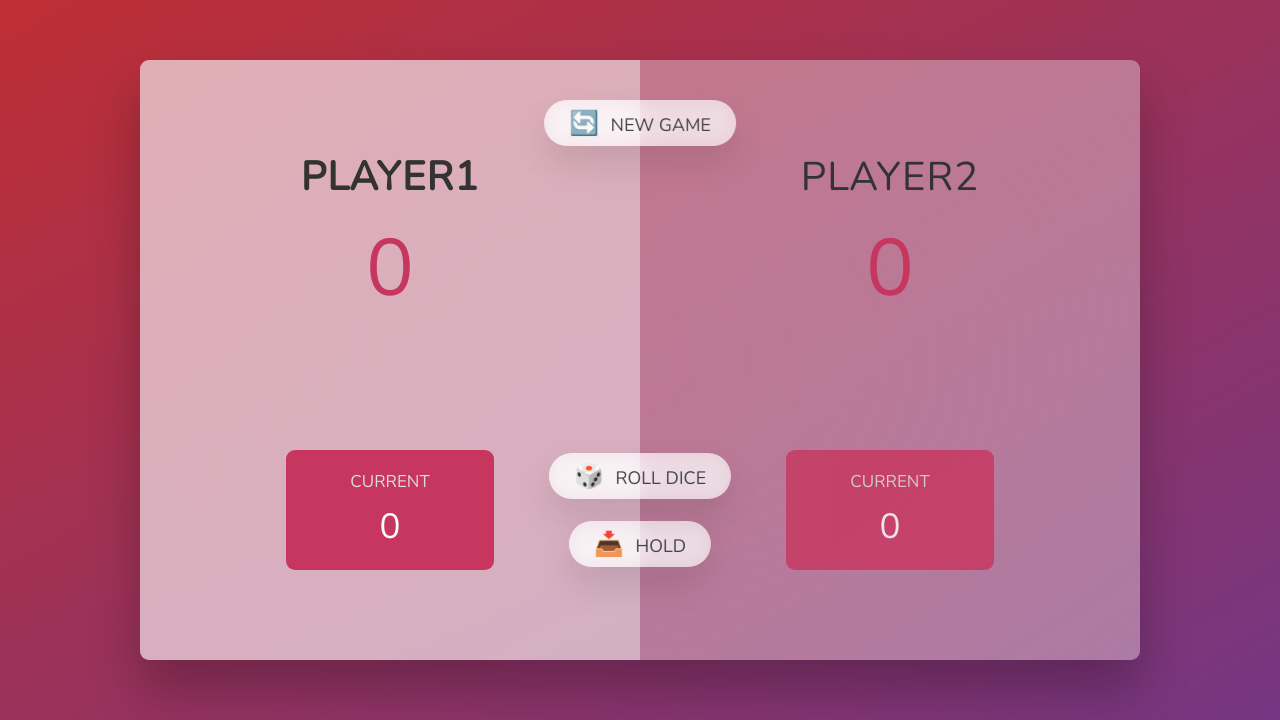
Repository: otvertka/jsc_07
Page: index.html
These files come from the project's save history. The page is drawn as it stood at one moment and after the next save; the edit follows.
The browser window is 1280 px wide. The pictures show the whole page.
After loading, the first visible `button.btn` was clicked once.

Above is the page before, as saved 2022-12-25 14:06:37.

### index.html
<!DOCTYPE html>
<html lang="en">
  <head>
    <meta charset="UTF-8" />
    <meta name="viewport" content="width=device-width, initial-scale=1.0" />
    <meta http-equiv="X-UA-Compatible" content="ie=edge" />
    <link rel="stylesheet" href="style.css" />
    <title>Pig Game</title>
  </head>
  <body>
    <main>
      <section class="player player--0 player--active">
        <h2 class="name" id="name--0">Player1</h2>
        <p class="score" id="score--0">43</p>
        <div class="current">
          <p class="current-label">Current</p>
          <p class="current-score" id="current--0">0</p>
        </div>
      </section>
      <section class="player player--1">
        <h2 class="name" id="name--1">Player2</h2>
        <p class="score" id="score--1">24</p>
        <div class="current">
          <p class="current-label">Current</p>
          <p class="current-score" id="current--1">0</p>
        </div>
      </section>

      <img src="/dice-5.png" alt="Playing dice" class="dice" />
      <button class="btn btn--new">🔄 New game</button>
      <button class="btn btn--roll">🎲 Roll dice</button>
      <button class="btn btn--hold">📥 Hold</button>
    </main>
    <script src="script.js"></script>
  </body>
</html>

### style.css
@import url('https://fonts.googleapis.com/css2?family=Nunito&display=swap');

* {
  margin: 0;
  padding: 0;
  box-sizing: inherit;
}

html {
  font-size: 62.5%;
  box-sizing: border-box;
}

body {
  font-family: 'Nunito', sans-serif;
  font-weight: 400;
  height: 100vh;
  color: #333;
  background-image: linear-gradient(to top left, #753682 0%, #bf2e34 100%);
  display: flex;
  align-items: center;
  justify-content: center;
}

/* LAYOUT */
main {
  position: relative;
  width: 100rem;
  height: 60rem;
  background-color: rgba(255, 255, 255, 0.35);
  backdrop-filter: blur(200px);
  filter: blur();
  box-shadow: 0 3rem 5rem rgba(0, 0, 0, 0.25);
  border-radius: 9px;
  overflow: hidden;
  display: flex;
}

.player {
  flex: 50%;
  padding: 9rem;
  display: flex;
  flex-direction: column;
  align-items: center;
  transition: all 0.75s;
}

/* ELEMENTS */
.name {
  position: relative;
  font-size: 4rem;
  text-transform: uppercase;
  letter-spacing: 1px;
  word-spacing: 2px;
  font-weight: 300;
  margin-bottom: 1rem;
}

.score {
  font-size: 8rem;
  font-weight: 300;
  color: #c7365f;
  margin-bottom: auto;
}

.player--active {
  background-color: rgba(255, 255, 255, 0.4);
}
.player--active .name {
  font-weight: 700;
}
.player--active .score {
  font-weight: 400;
}

.player--active .current {
  opacity: 1;
}

.current {
  background-color: #c7365f;
  opacity: 0.8;
  border-radius: 9px;
  color: #fff;
  width: 65%;
  padding: 2rem;
  text-align: center;
  transition: all 0.75s;
}

.current-label {
  text-transform: uppercase;
  margin-bottom: 1rem;
  font-size: 1.7rem;
  color: #ddd;
}

.current-score {
  font-size: 3.5rem;
}

/* ABSOLUTE POSITIONED ELEMENTS */
.btn {
  position: absolute;
  left: 50%;
  transform: translateX(-50%);
  color: #444;
  background: none;
  border: none;
  font-family: inherit;
  font-size: 1.8rem;
  text-transform: uppercase;
  cursor: pointer;
  font-weight: 400;
  transition: all 0.2s;

  background-color: white;
  background-color: rgba(255, 255, 255, 0.6);
  backdrop-filter: blur(10px);

  padding: 0.7rem 2.5rem;
  border-radius: 50rem;
  box-shadow: 0 1.75rem 3.5rem rgba(0, 0, 0, 0.1);
}

.btn::first-letter {
  font-size: 2.4rem;
  display: inline-block;
  margin-right: 0.7rem;
}

.btn--new {
  top: 4rem;
}
.btn--roll {
  top: 39.3rem;
}
.btn--hold {
  top: 46.1rem;
}

.btn:active {
  transform: translate(-50%, 3px);
  box-shadow: 0 1rem 2rem rgba(0, 0, 0, 0.15);
}

.btn:focus {
  outline: none;
}

.dice {
  position: absolute;
  left: 50%;
  top: 16.5rem;
  transform: translateX(-50%);
  height: 10rem;
  box-shadow: 0 2rem 5rem rgba(0, 0, 0, 0.2);
}

.player--winner {
  background-color: #2f2f2f;
}

.player--winner .name {
  font-weight: 700;
  color: #c7365f;
}

.hidden {
  display: none;
}

### script.js
'use strict';

// Selecting elements
const player0El = document.querySelector('.player--0');
const player1El = document.querySelector('.player--1');
const score0El = document.querySelector('#score--0');
const score1El = document.getElementById('score--1');
const current0El = document.getElementById('current--0');
const current1El = document.getElementById('current--1');

// const current0Player = document.querySelector('.player--0');
// const current1Player = document.querySelector('.player--1');

const diceEl = document.querySelector('.dice');
const btnNew = document.querySelector('.btn--new');
const btnRoll = document.querySelector('.btn--roll');
const btnHold = document.querySelector('.btn--hold');

//Staring conditions
score0El.textContent = 0;
score1El.textContent = 0;
diceEl.classList.add('hidden');

const scores = [0, 0];
let currentScore = 0;
let activePlayer = 0;

let playing = true; /*Игра продолжается */

// function of Switching Player
const switchPlayer = function () {
  document.getElementById(`current--${activePlayer}`).textContent = 0;
  currentScore = 0;
  activePlayer = activePlayer === 0 ? 1 : 0;
  player0El.classList.toggle('player--active');
  player1El.classList.toggle('player--active');
};

// Rolling dice functionality
btnRoll.addEventListener('click', function () {
  /*если Игра продолжается */
  if (playing) {
    // 1. Generating random dice roll
    const dice = Math.trunc(Math.random() * 6) + 1;
    console.log(dice);
    // 2. Display dice
    diceEl.classList.remove('hidden');
    diceEl.src = `dice-${dice}.png`;
    // 3. Check for rolled 1
    if (dice !== 1) {
      // Add dice to current score
      currentScore += dice;
      document.getElementById(`current--${activePlayer}`).textContent =
        currentScore;
    } else {
      // Switch to next player
      switchPlayer();
    }
  }
});

btnHold.addEventListener('click', function () {
  /*если Игра продолжается */
  if (playing) {
    // 1. Add current score to active palyer's score
    scores[activePlayer] += currentScore;

    // scores[1] = scores[1] + currentScore;
    document.getElementById(`score--${activePlayer}`).textContent =
      scores[activePlayer];
    // 2. Check if palyer's score is >=100 ?
    if (scores[activePlayer] >= 10) {
      // Finish the game
      playing = false;
      diceEl.classList.add('hidden');
      document
        .querySelector(`.player--${activePlayer}`)
        .classList.add('player--winner');
      document
        .querySelector(`.player--${activePlayer}`)
        .classList.remove('player--active');
    } else {
      // Switch to next player
      switchPlayer();
    }
  }
});

btnNew.addEventListener('click', function () {
  score0El.textContent = 0;
  score1El.textContent = 0;
  current0El.textContent = 0;
  current1El.textContent = 0;

  player0El.classList.remove('player--winner');
  player1El.classList.remove('player--winner');
});

After the next save:
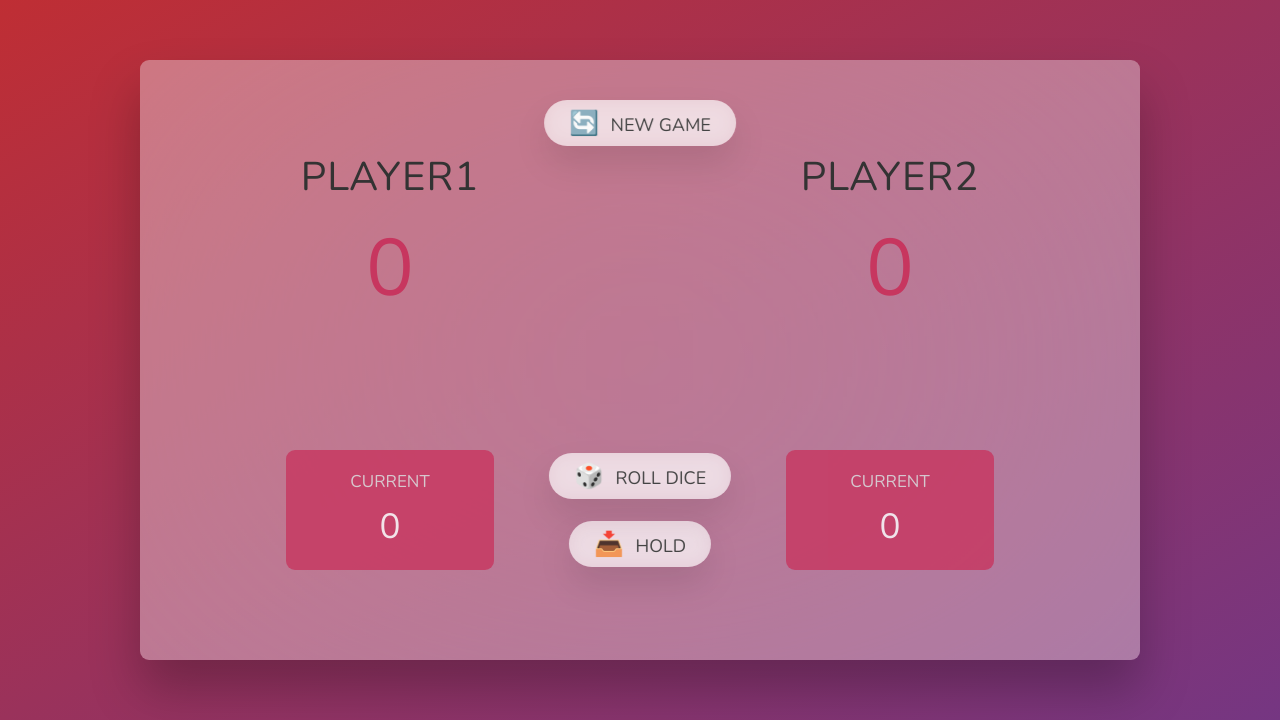
Saved 51 s later.
--- a/script.js
+++ b/script.js
@@ -94,4 +94,6 @@
 
   player0El.classList.remove('player--winner');
   player1El.classList.remove('player--winner');
+  player0El.classList.remove('player--active');
+  player1El.classList.remove('player--active');
 });

After the save that followed:
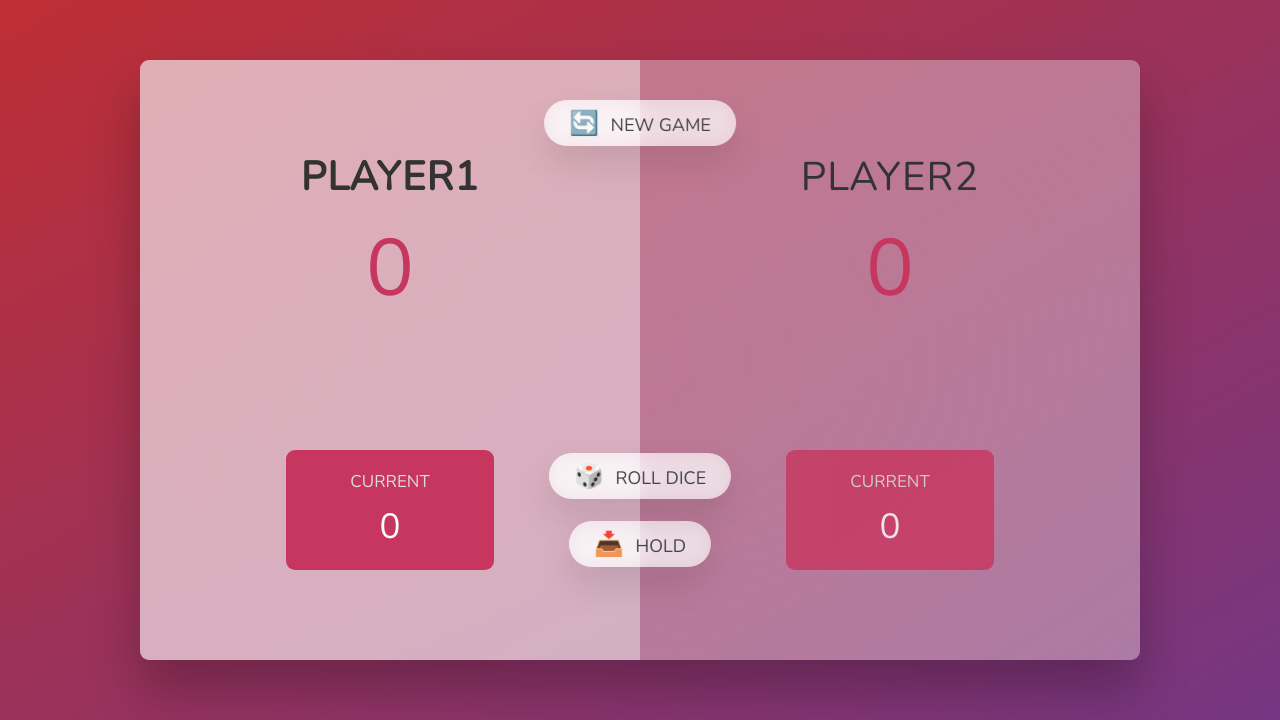
Saved 35 s later.
--- a/script.js
+++ b/script.js
@@ -94,6 +94,6 @@
 
   player0El.classList.remove('player--winner');
   player1El.classList.remove('player--winner');
-  player0El.classList.remove('player--active');
+  player0El.classList.add('player--active');
   player1El.classList.remove('player--active');
 });
